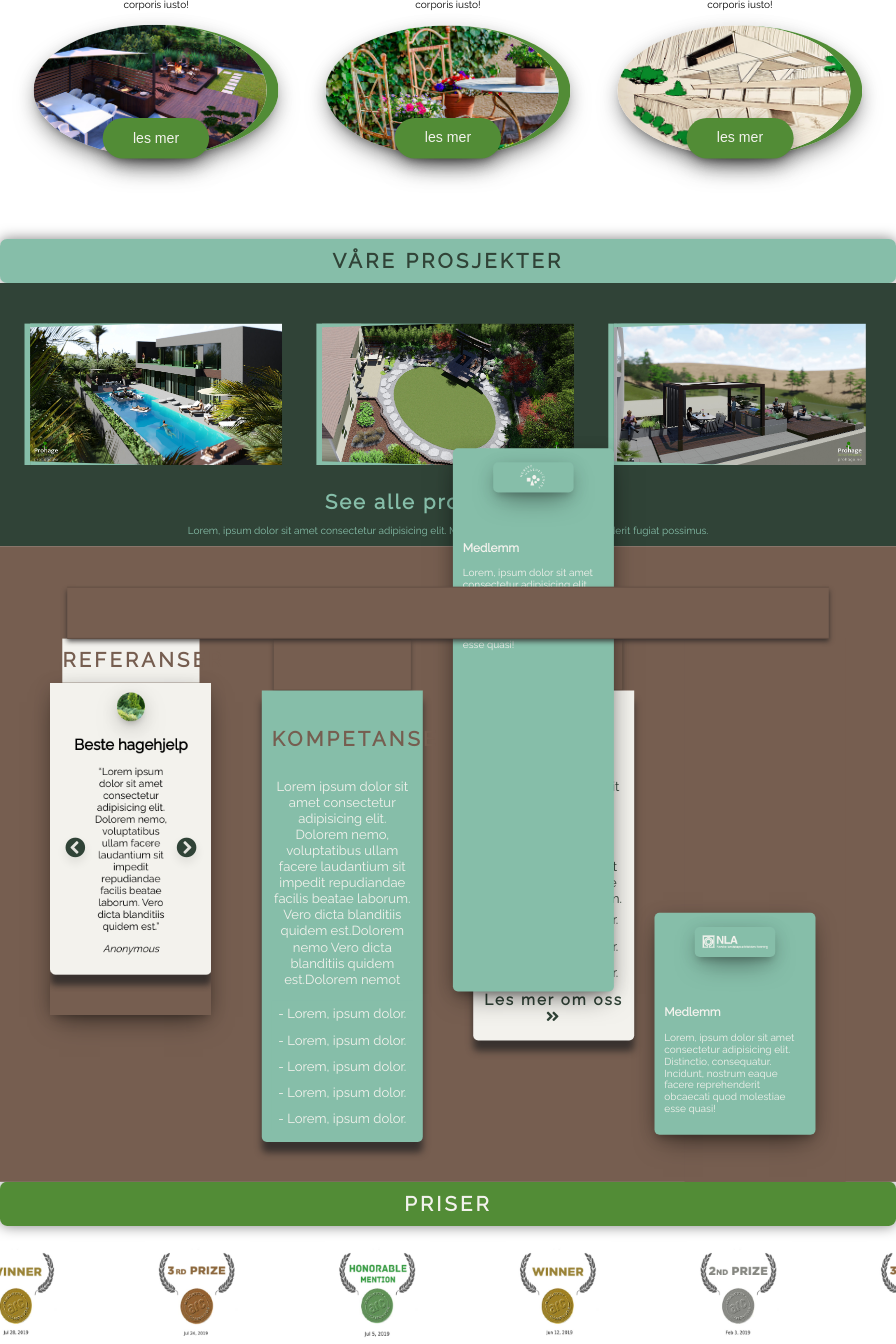
Repository: marinazzz/garden-design-website
Page: index.html
The author's editor kept a copy of each file at every save. The page is drawn from the files as they stood at one save, then again after the next save.
The browser window is 1280 px wide. The pictures show the part of the page from y = 1246 to 3166 px (the page is 3541 px tall), at 70% of full size.

Above is the page before, as saved 2020-04-10 15:29:19.

After the next save:
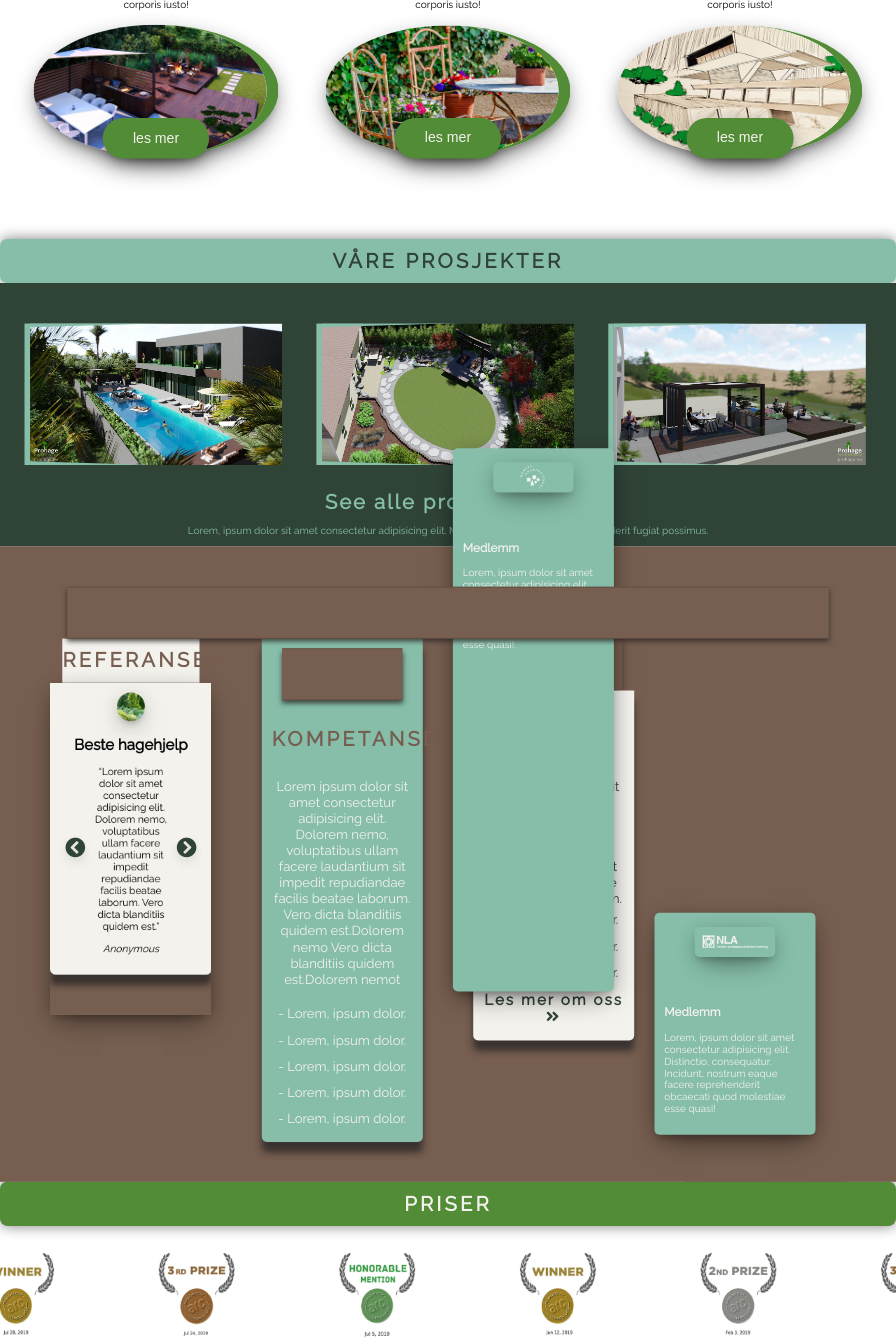
Saved 15 min 37 s later.
--- a/index.html
+++ b/index.html
@@ -281,29 +281,31 @@
                   </div>
               </section>
               <section id="section__about" class="review__wrapp">
-                <div class="section__review__top"></div>
                 <div class="review__items">
-                  <h1 class="section__review__title">Kompetanse</h1>
-                      <p class="about__txt">Lorem ipsum dolor sit amet consectetur adipisicing elit.
-                        Dolorem nemo, voluptatibus ullam facere laudantium sit impedit repudiandae facilis beatae laborum.
-                        Vero dicta blanditiis quidem est.Dolorem nemo Vero dicta blanditiis quidem est.Dolorem nemot</p>
-                          <ul class="about__list">
-                              <li class="about__list__item">
-                                  <a class="item__link" href="#om-oss">Lorem, ipsum dolor.</a>
-                              </li>
-                              <li class="about__list__item">
-                                  <a class="item__link" href="#om-oss">Lorem, ipsum dolor.</a>
-                              </li>
-                              <li class="about__list__item">
-                                  <a class="item__link" href="#om-oss">Lorem, ipsum dolor.</a>
-                              </li>
-                              <li class="about__list__item">
-                                  <a class="item__link" href="#om-oss">Lorem, ipsum dolor.</a>
-                              </li>
-                              <li class="about__list__item">
-                                  <a class="item__link" href="#om-oss">Lorem, ipsum dolor.</a>
-                              </li>
-                          </ul>
+                  <div class="section__review__top"></div>
+                   <div class="section__reviews__elements">
+                    <h1 class="section__review__title">Kompetanse</h1>
+                        <p class="about__txt">Lorem ipsum dolor sit amet consectetur adipisicing elit.
+                          Dolorem nemo, voluptatibus ullam facere laudantium sit impedit repudiandae facilis beatae laborum.
+                          Vero dicta blanditiis quidem est.Dolorem nemo Vero dicta blanditiis quidem est.Dolorem nemot</p>
+                            <ul class="about__list">
+                                <li class="about__list__item">
+                                    <a class="item__link" href="#om-oss">Lorem, ipsum dolor.</a>
+                                </li>
+                                <li class="about__list__item">
+                                    <a class="item__link" href="#om-oss">Lorem, ipsum dolor.</a>
+                                </li>
+                                <li class="about__list__item">
+                                    <a class="item__link" href="#om-oss">Lorem, ipsum dolor.</a>
+                                </li>
+                                <li class="about__list__item">
+                                    <a class="item__link" href="#om-oss">Lorem, ipsum dolor.</a>
+                                </li>
+                                <li class="about__list__item">
+                                    <a class="item__link" href="#om-oss">Lorem, ipsum dolor.</a>
+                                </li>
+                            </ul>
+                   </div>
                   </div>
               </section>
               <section id="section__experience" class="review__wrapp">
